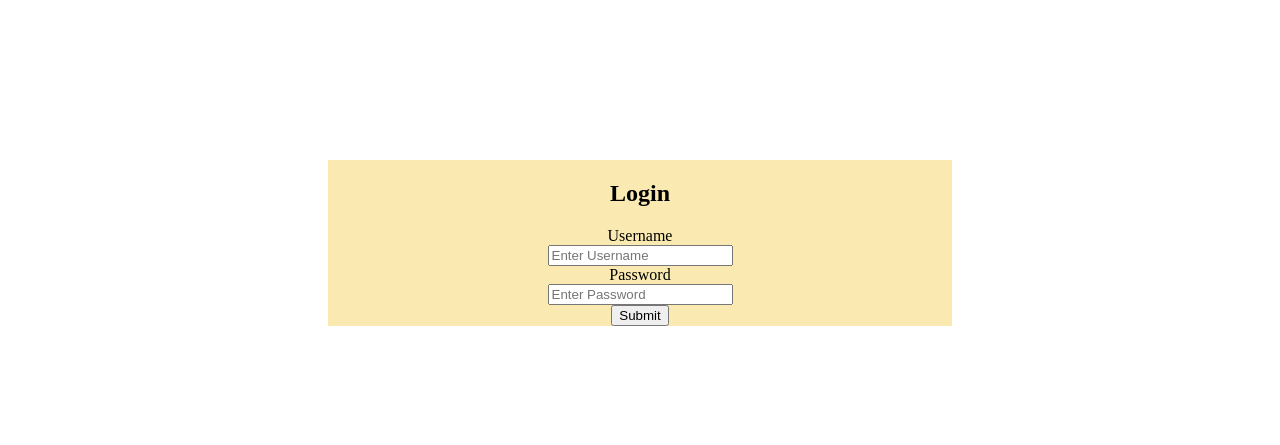
Repository: Shivamkr522/Contact_Us_Page
Page: http://localhost/ContactUs/login.jsp
An editor plug-in stored every save of this project. The page is shown before and after the next save, followed by the edit.
The browser window is 1280 px wide. The pictures show the whole page.
The page is served by Tomcat 9.

Above is the page before, as saved 2022-12-11 13:12:42.

After the next save:
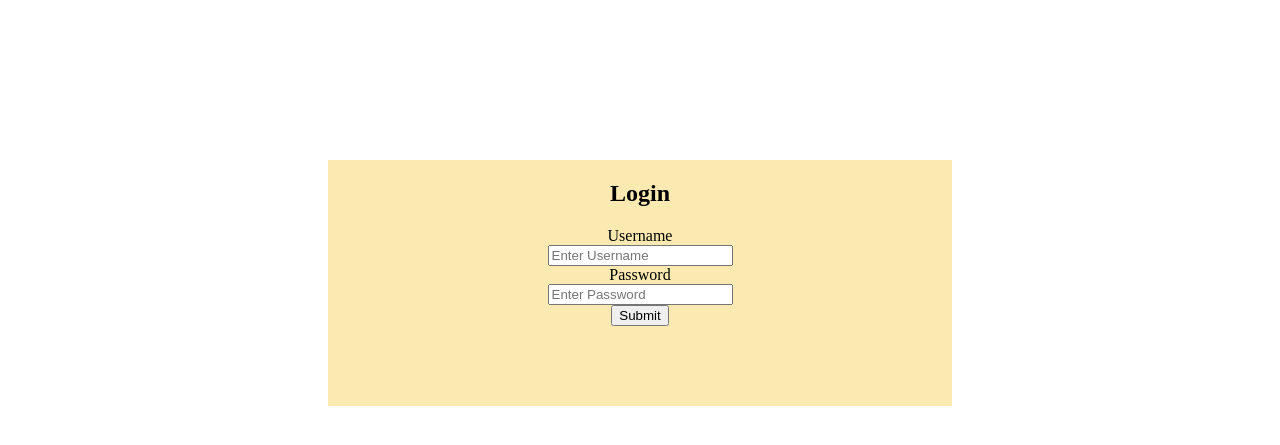
Saved 29 s later.
--- a/ContactUs/src/main/webapp/login.css
+++ b/ContactUs/src/main/webapp/login.css
@@ -7,6 +7,7 @@ h2{
 
 form{
 	text-align: center;
+	padding-bottom: 5rem;
 }
 
 #login-box{
